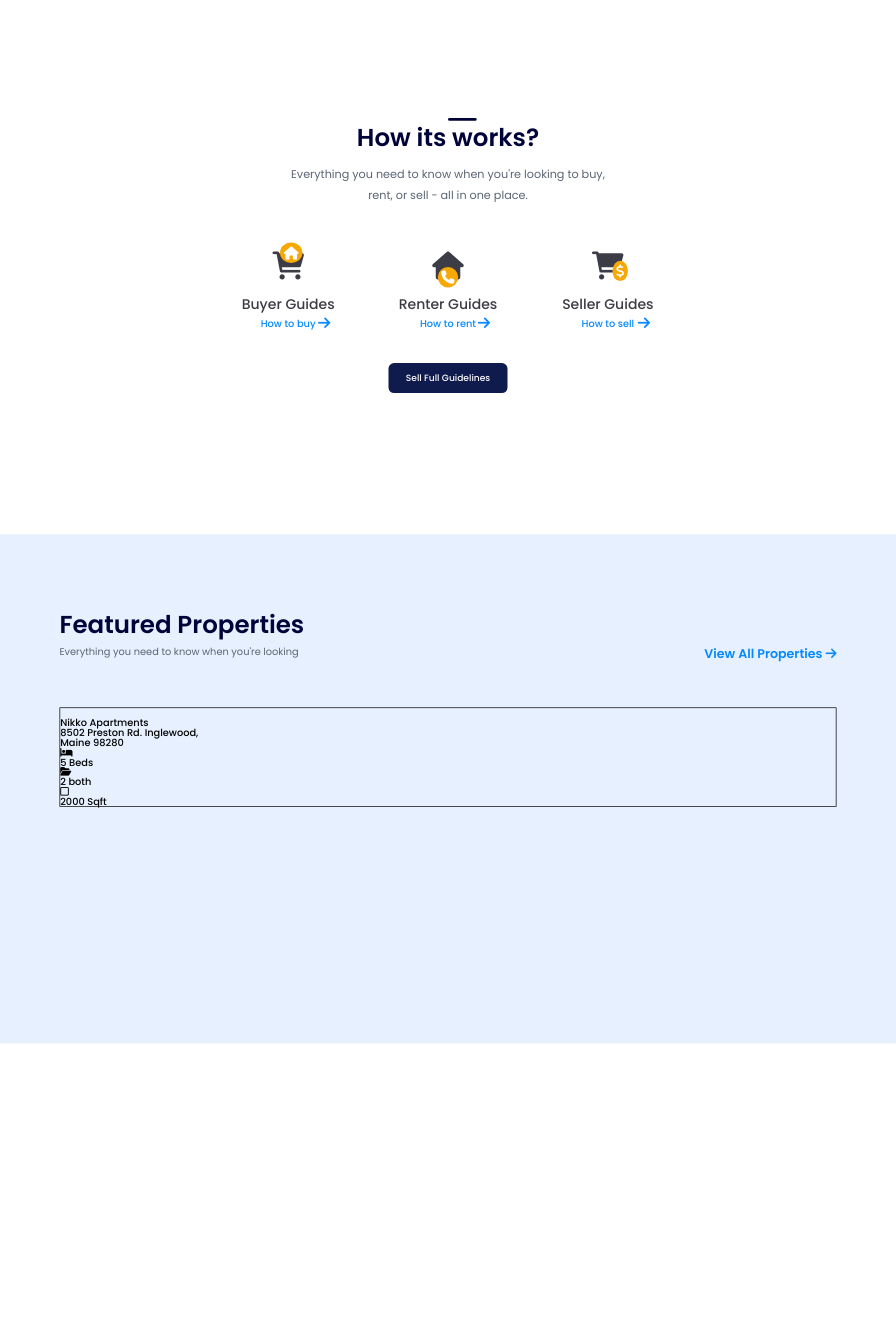
Repository: kauittt/f8-htmlcss-01
Page: index.html
These files come from the project's save history. The page is drawn as it stood at one moment and after the next save; the edit follows.
The browser window is 1280 px wide. The pictures show the part of the page from y = 991 to 2911 px (the page is 2911 px tall), at 70% of full size.

Above is the page before, as saved 2023-01-01 10:39:11.

### index.html
<!DOCTYPE html>
<html lang="en">
    <head>
        <meta charset="UTF-8" />
        <meta http-equiv="X-UA-Compatible" content="IE=edge" />
        <meta name="viewport" content="width=device-width, initial-scale=1.0" />
        <title>F8-PROJECT-01</title>
        <link rel="preconnect" href="https://cdnjs.cloudflare.com" />
        <link
            rel="stylesheet"
            href="https://cdnjs.cloudflare.com/ajax/libs/font-awesome/6.2.1/css/all.min.css"
        />
        <link rel="stylesheet" href="./assets/css/reset.css" />
        <link rel="stylesheet" href="./assets/fonts/stylesheet.css" />
        <link rel="stylesheet" href="./assets/css/styles.css" />
    </head>
    <body>
        <header id="header" class="colored">
            <div class="content">
                <div class="header-nav">
                    <p class="logo">Bensnik.</p>
                    <ul class="header-nav-list">
                        <li class="header-nav-list__item">Home</li>
                        <li class="header-nav-list__item">Features</li>
                        <li class="header-nav-list__item">Services</li>
                        <li class="header-nav-list__item">Resources</li>
                        <li class="header-nav-list__item">Contact</li>
                    </ul>

                    <div class="header-nav-account">
                        <p class="header-nav-account__general">Sign in</p>
                        <p class="header-nav-account__general btn">Sign up</p>
                    </div>
                </div>

                <div class="header-about">
                    <p class="header-about__welcome">
                        Welcome to Bensnik Agency
                    </p>
                    <h1 class="header-about__heading">
                        Discover a place you'll love to live
                    </h1>
                    <p class="header-about__desc">
                        Get the best real estate deals first, before they hit
                        the mass market! hot foreclosure deals with one simple
                        search
                    </p>
                    <p class="header-about__link btn">More About Us</p>
                </div>
            </div>
        </header>

        <div id="client">
            <div class="content">
                <div class="client-infor">
                    <p class="logo">Bensnik.</p>
                    <div class="client-infor-wrap">
                        <i class="fa-solid fa-star client-infor-wrap__item"></i>
                        <i class="fa-solid fa-star client-infor-wrap__item"></i>
                        <i class="fa-solid fa-star client-infor-wrap__item"></i>
                        <i class="fa-solid fa-star client-infor-wrap__item"></i>
                        <i class="fa-solid fa-star client-infor-wrap__item"></i>
                    </div>
                </div>
                <div class="client-infor">
                    <p class="client-infor__text">
                        More than 45,000+ companies trust besnik
                    </p>
                    <p class="client-infor__text">
                        5 Star Ratings (2k+ Review)
                    </p>
                </div>

                <div class="client-logo">
                    <img src="" alt="" />
                </div>
            </div>
        </div>

        <div id="desc">
            <div class="small-content desc-wrap">
                <div class="desc-heading">
                    <h2 class="desc-heading__title">How its works?</h2>
                    <p class="desc-heading__text">
                        Everything you need to know when you're looking to buy,
                        rent, or sell - all in one place.
                    </p>
                </div>

                <div class="desc-guide">
                    <div class="desc-guide-item">
                        <i
                            class="desc-guide-item__icon fa-solid fa-cart-shopping"
                        >
                        </i>
                        <i
                            class="desc-guide-item__childIcon desc-guide-item__childIcon--topCenter fa-solid fa-house"
                        ></i>
                        <p class="desc-guide-item__name">Buyer Guides</p>
                        <p class="desc-guide-item__instruc">
                            How to buy
                            <i
                                class="desc-guide-item__instruc__icon fa-solid fa-arrow-right"
                            ></i>
                        </p>
                    </div>
                    <div class="desc-guide-item">
                        <i
                            class="desc-guide-item__icon fa-solid fa-house"
                        ></i>
                        <i class="desc-guide-item__childIcon desc-guide-item__childIcon--bottomCenter fa-solid fa-phone"></i>
                        </i>
                        <p class="desc-guide-item__name">Renter Guides</p>
                        <p class="desc-guide-item__instruc">
                            How to rent
                            <i
                                class="desc-guide-item__instruc__icon fa-solid fa-arrow-right"
                            ></i>
                        </p>
                    </div>
                    <div class="desc-guide-item">
                        <i
                            class="desc-guide-item__icon fa-solid fa-cart-shopping"
                        >
                        </i>
                        <i class="desc-guide-item__childIcon item__childIcon--bottomRight fa-solid fa-dollar-sign"></i>

                        <p class="desc-guide-item__name">Seller Guides</p>
                        <p class="desc-guide-item__instruc">
                            How to sell
                            <i
                                class="desc-guide-item__instruc__icon fa-solid fa-arrow-right"
                            ></i>
                        </p>
                    </div>
                </div>

                <p class="desc__link btn">Sell Full Guidelines</p>
            </div>
        </div>

        <div id="feature" class="colored">
            <div class="content feature-content">
                <h2 class="feature__heading">Featured Properties</h2>

                <div class="feature-more">
                    <p class="feature-more__desc">
                        Everything you need to know when you're looking
                    </p>

                    <a href="#!" class="feature-more__link">View All Properties <i
                        class="fa-solid fa-arrow-right"
                    ></i></a>

                </div>

                <div class="feature-wrap">
                    <div class="feature-wrap-item">
                        <img src="" alt="" class="feature-wrap-item__img">
                        <p class="feature-wrap-item__title">Nikko Apartments</p>
                        <p class="feature-wrap-item__text">8502 Preston Rd. Inglewood, Maine 98280</p>
                        <div class="feature-wrap-item-desc">
                            <i class="feature-wrap-item-desc__icon fa-solid fa-bed"></i>
                            <p class="feature-wrap-item-desc__text">5 Beds</p>

                            <i class="feature-wrap-item-desc__icon fa-solid fa-folder-open"></i>
                            <p class="feature-wrap-item-desc__text">2 both</p>

                            <i class="feature-wrap-item-desc__icon fa-regular fa-square"></i>
                            <p class="feature-wrap-item-desc__text">2000 Sqft</p>
                        </div>
                    </div>
                </div>
            </div>


        </div>

        <div id="news">
            <div class="content"></div>
        </div>

        <footer id="footer">
            <div class="content">
                <div class="nav"></div>
            </div>
        </footer>

        <script src="./assets/js/basic.js"></script>
    </body>
</html>

### assets/css/reset.css
html,
body,
div,
span,
applet,
object,
iframe,
h1,
h2,
h3,
h4,
h5,
h6,
p,
blockquote,
pre,
a,
abbr,
acronym,
address,
big,
cite,
code,
del,
dfn,
em,
img,
ins,
kbd,
q,
s,
samp,
small,
strike,
strong,
sub,
sup,
tt,
var,
b,
u,
i,
center,
dl,
dt,
dd,
ol,
ul,
li,
fieldset,
form,
label,
legend,
table,
caption,
tbody,
tfoot,
thead,
tr,
th,
td,
article,
aside,
canvas,
details,
embed,
figure,
figcaption,
footer,
header,
hgroup,
menu,
nav,
output,
ruby,
section,
summary,
time,
mark,
audio,
video {
    margin: 0;
    padding: 0;
    border: 0;
    font-size: 100%;
    font: inherit;
    vertical-align: baseline;
}
article,
aside,
details,
figcaption,
figure,
footer,
header,
hgroup,
menu,
nav,
section {
    display: block;
}
body {
    line-height: 1;
}
ol,
ul {
    list-style: none;
}
blockquote,
q {
    quotes: none;
}
blockquote:before,
blockquote:after,
q:before,
q:after {
    content: "";
    content: none;
}
table {
    border-collapse: collapse;
    border-spacing: 0;
}

### assets/fonts/stylesheet.css
@font-face {
    font-family: "Poppins";
    src: url("Poppins/Poppins-Bold.woff2") format("woff2"),
        url("Poppins/Poppins-Bold.woff") format("woff");
    font-weight: bold;
    font-style: normal;
    font-display: swap;
}

@font-face {
    font-family: "Poppins";
    src: url("Poppins/Poppins-Black.woff2") format("woff2"),
        url("Poppins/Poppins-Black.woff") format("woff");
    font-weight: 900;
    font-style: normal;
    font-display: swap;
}

@font-face {
    font-family: "Poppins";
    src: url("Poppins/Poppins-BlackItalic.woff2") format("woff2"),
        url("Poppins/Poppins-BlackItalic.woff") format("woff");
    font-weight: 900;
    font-style: italic;
    font-display: swap;
}

@font-face {
    font-family: "Poppins";
    src: url("Poppins/Poppins-BoldItalic.woff2") format("woff2"),
        url("Poppins/Poppins-BoldItalic.woff") format("woff");
    font-weight: bold;
    font-style: italic;
    font-display: swap;
}

@font-face {
    font-family: "Poppins";
    src: url("Poppins/Poppins-ExtraBold.woff2") format("woff2"),
        url("Poppins/Poppins-ExtraBold.woff") format("woff");
    font-weight: bold;
    font-style: normal;
    font-display: swap;
}

@font-face {
    font-family: "Poppins";
    src: url("Poppins/Poppins-ExtraBoldItalic.woff2") format("woff2"),
        url("Poppins/Poppins-ExtraBoldItalic.woff") format("woff");
    font-weight: bold;
    font-style: italic;
    font-display: swap;
}

@font-face {
    font-family: "Poppins";
    src: url("Poppins/Poppins-ExtraLight.woff2") format("woff2"),
        url("Poppins/Poppins-ExtraLight.woff") format("woff");
    font-weight: 200;
    font-style: normal;
    font-display: swap;
}

@font-face {
    font-family: "Poppins";
    src: url("Poppins/Poppins-ExtraLightItalic.woff2") format("woff2"),
        url("Poppins/Poppins-ExtraLightItalic.woff") format("woff");
    font-weight: 200;
    font-style: italic;
    font-display: swap;
}

@font-face {
    font-family: "Poppins";
    src: url("Poppins/Poppins-Italic.woff2") format("woff2"),
        url("Poppins/Poppins-Italic.woff") format("woff");
    font-weight: normal;
    font-style: italic;
    font-display: swap;
}

@font-face {
    font-family: "Poppins";
    src: url("Poppins/Poppins-Light.woff2") format("woff2"),
        url("Poppins/Poppins-Light.woff") format("woff");
    font-weight: 300;
    font-style: normal;
    font-display: swap;
}

@font-face {
    font-family: "Poppins";
    src: url("Poppins/Poppins-LightItalic.woff2") format("woff2"),
        url("Poppins/Poppins-LightItalic.woff") format("woff");
    font-weight: 300;
    font-style: italic;
    font-display: swap;
}

@font-face {
    font-family: "Poppins";
    src: url("Poppins/Poppins-Medium.woff2") format("woff2"),
        url("Poppins/Poppins-Medium.woff") format("woff");
    font-weight: 500;
    font-style: normal;
    font-display: swap;
}

@font-face {
    font-family: "Poppins";
    src: url("Poppins/Poppins-MediumItalic.woff2") format("woff2"),
        url("Poppins/Poppins-MediumItalic.woff") format("woff");
    font-weight: 500;
    font-style: italic;
    font-display: swap;
}

@font-face {
    font-family: "Poppins";
    src: url("Poppins/Poppins-Regular.woff2") format("woff2"),
        url("Poppins/Poppins-Regular.woff") format("woff");
    font-weight: normal;
    font-style: normal;
    font-display: swap;
}

@font-face {
    font-family: "Poppins";
    src: url("Poppins/Poppins-SemiBold.woff2") format("woff2"),
        url("Poppins/Poppins-SemiBold.woff") format("woff");
    font-weight: 600;
    font-style: normal;
    font-display: swap;
}

@font-face {
    font-family: "Poppins";
    src: url("Poppins/Poppins-SemiBoldItalic.woff2") format("woff2"),
        url("Poppins/Poppins-SemiBoldItalic.woff") format("woff");
    font-weight: 600;
    font-style: italic;
    font-display: swap;
}

@font-face {
    font-family: "Poppins";
    src: url("Poppins/Poppins-Thin.woff2") format("woff2"),
        url("Poppins/Poppins-Thin.woff") format("woff");
    font-weight: 100;
    font-style: normal;
    font-display: swap;
}

@font-face {
    font-family: "Poppins";
    src: url("Poppins/Poppins-ThinItalic.woff2") format("woff2"),
        url("Poppins/Poppins-ThinItalic.woff") format("woff");
    font-weight: 100;
    font-style: italic;
    font-display: swap;
}

### assets/css/styles.css
/*! COMMON */
* {
    box-sizing: border-box;
}

html {
    font-size: 62.5%;
}

body {
    font-family: "Poppins", sans-serif;
    font-size: 1.4rem;
    font-weight: 500;
    display: flex;
    flex-direction: column;
}

:root {
    --main-color: #e6f0ff;
}

.colored {
    background-color: var(--main-color);
}

.content {
    max-width: 111rem;
    margin: 0 auto;
}

.small-content {
    max-width: 68.5rem;
    margin: 0 auto;
}

.logo {
    color: #000228;
    font-weight: 600;
    font-size: 3rem;
}

/*! HEADER */
#header {
    height: 73.6rem;
}

.header-nav {
    display: flex;
    margin-top: 38px;
    height: 4rem;
    justify-content: space-between;
    align-items: center;
}

.header-nav-list {
    display: flex;
    margin-left: -206px;
}

.header-nav-list__item {
    color: #4f5361;
}

.header-nav-list__item + .header-nav-list__item {
    margin-left: 28px;
}

.header-nav-account {
    display: flex;
}

.header-nav-account__general {
    padding: 10px 20px;
    color: #0f1b4c;
}

/*! BUTTONN */
.btn {
    display: inline-block;
    border-radius: 8px;
    color: #fff;
    background-color: #0f1b4c;
    align-items: center;
}
/*!  */

.header-about {
    margin-top: 138px;
    max-width: 55.9rem;
}

.header-about__welcome {
    font-size: 1.8rem;
    color: #687690;
}

.header-about__heading {
    font-size: 6.4rem;
    font-weight: 700;
    line-height: 7.6rem;
    margin: 8px 0 30px 0;
    color: #000336;
}

.header-about__desc {
    font-size: 1.8rem;
    line-height: 3.2rem;
    font-weight: 400;
    color: #5a6473;
}

.header-about__link {
    font-size: 1.3rem;
    padding: 15px 38px;
    margin-top: 40px;
}

/*! LOGO */
#client {
    height: 31.2rem;
    margin-top: 122px;
}

.client-infor {
    display: flex;
    justify-content: space-between;
    align-items: center;
}

.client-infor + .client-infor {
    margin-top: 15px;
}

.client-infor-wrap__item {
    display: inline-block;
    width: 2.03rem;
    height: 1.885rem;
    color: #ffca56;
    line-height: 3rem;
}

.client-infor__text {
    font-size: 1.6rem;
    color: #7d8589;
}

.client-logo {
}

/*! DESCRIPTION */
#desc {
    height: 58.5rem;
}

.desc-wrap {
    text-align: center;
}

.desc-heading {
    max-width: 45rem;
    margin: 0 auto;
    display: flex;
    flex-direction: column;
}

.desc-heading__title {
    font-size: 3.5rem;
    font-weight: 600;
    color: #000339;
    position: relative;
}

.desc-heading__title::before {
    content: "";
    display: block;
    position: absolute;

    width: 4.1rem;
    height: 0.4rem;
    background-color: #000339;

    left: 50%;
    top: -1rem;
    transform: t ranslateX(-50%);
    border-radius: 8px;
}

.desc-heading__text {
    font-size: 1.6rem;
    font-weight: 400;
    line-height: 3rem;
    margin-top: 2rem;
    color: #5a6473;
}

.desc-guide {
    display: flex;
    margin-top: 65px;
    margin-bottom: 50px;
}

.desc-guide-item {
    width: calc(100% / 3);
    position: relative;
}

.desc-guide-item__icon {
    color: #3b3c45;
    font-size: 4rem;
}

.desc-guide-item__childIcon {
    position: absolute;
    font-size: 1.9rem;
}

.desc-guide-item__childIcon--topCenter {
    left: 45%;
    top: -1.2rem;
    padding: 0.5rem;
    color: white;
    background: #f7a804;
    border-radius: 50%;
}
.desc-guide-item__childIcon--bottomCenter {
    left: 50%;
    transform: translateX(-50%);
    bottom: 5.8rem;
    padding: 0.5rem;
    color: white;
    background: #f7a804;
    border-radius: 50%;
}
.item__childIcon--bottomRight {
    left: 53%;
    bottom: 67px;
    background: #f7a804;
    color: white;
    padding: 0.5rem;
    border-radius: 50%;
}

.desc-guide-item__name {
    font-size: 2rem;
    color: #3b3c45;
    margin-top: 26px;
    margin-bottom: 10px;
}

.desc-guide-item__instruc {
    font-size: 1.4rem;
    color: #0689ff;
    position: relative;
}

.desc-guide-item__instruc__icon {
    position: absolute;
    font-size: 2rem;
    top: 50%;
    transform: translateY(-50%);
    right: 5.4rem;
}

.desc__link {
    padding: 15px 25px;
    font-size: 1.3rem;
}

/*! FEATURE */
#feature {
    height: 72.7rem;
}

.feature-content {
    margin-top: 110px;
}

.feature__heading {
    font-size: 3.5rem;
    font-weight: 600;
    color: #000339;
}

.feature-more {
    display: flex;
    justify-content: space-between;
    margin-top: 15px;
}

.feature-more__desc {
    color: #5a6473;
    font-weight: 400;
    font-size: 1.4rem;
}

.feature-more__link {
    color: #0689ff;
    font-weight: 600;
    font-size: 1.8rem;
    text-decoration: none;
}

.feature-wrap {
    margin-top: 68px;
    border: 1px solid black;
}

.feature-wrap-item {
    width: 200px;
}

.feature-wrap-item + .feature-wrap-item {
    margin-right: 30px;
}

.feature-wrap-item__img {
}

.feature-wrap-item__title {
}

.feature-wrap-item__text {
}

.feature-wrap-item-desc {
}

.feature-wrap-item-desc__icon {
}

.feature-wrap-item-desc__text {
}

/*! NEWS */
#new {
    height: 40.9rem;
}

/*! FOOTER */
#footer {
    height: 42.9rem;
}

Loaded but not shown: assets/js/basic.js (no copy from this time; the picture is the same without it)

After the next save:
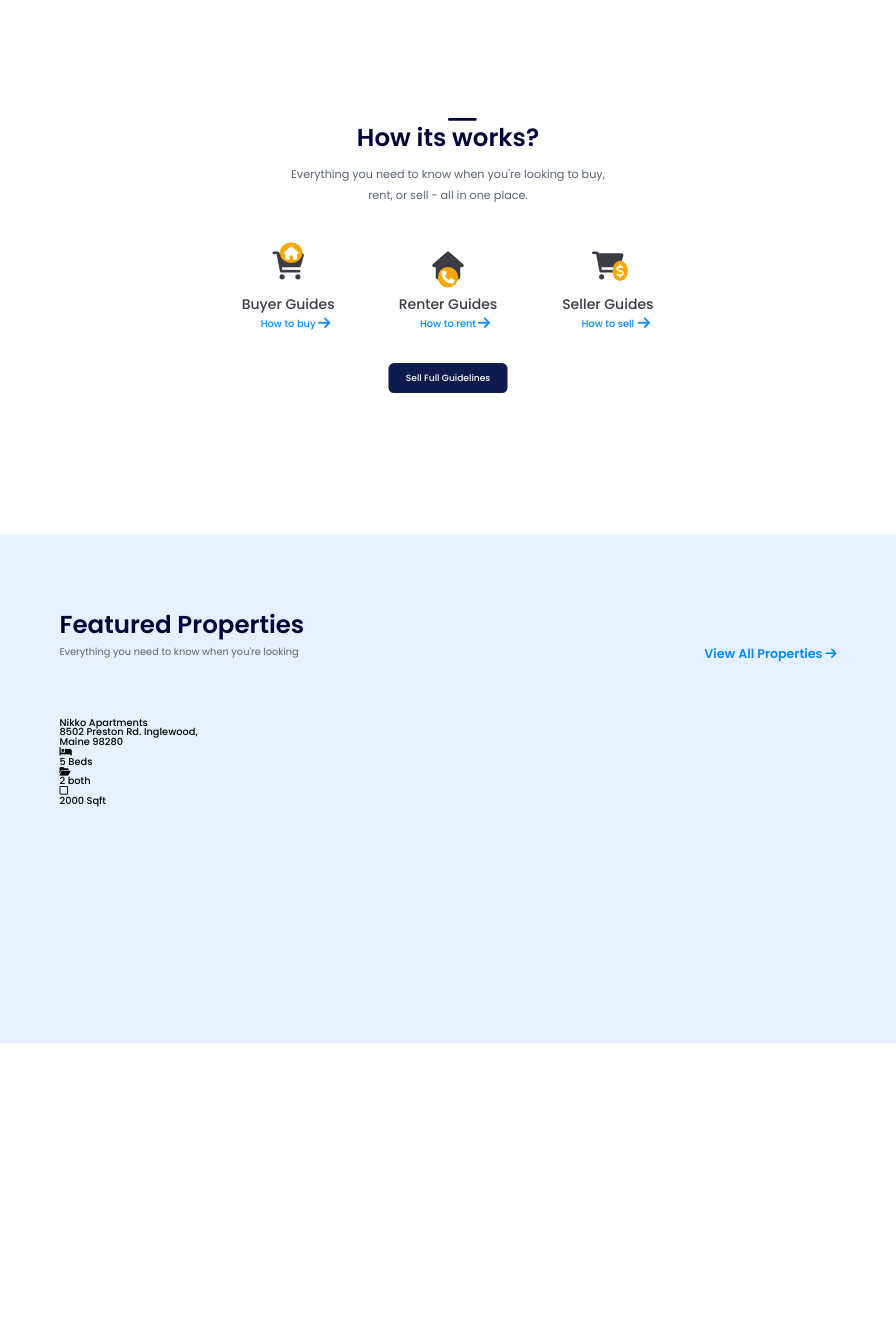
Saved 3 s later.
--- a/assets/css/styles.css
+++ b/assets/css/styles.css
@@ -302,7 +302,6 @@ body {
 
 .feature-wrap {
     margin-top: 68px;
-    border: 1px solid black;
 }
 
 .feature-wrap-item {
